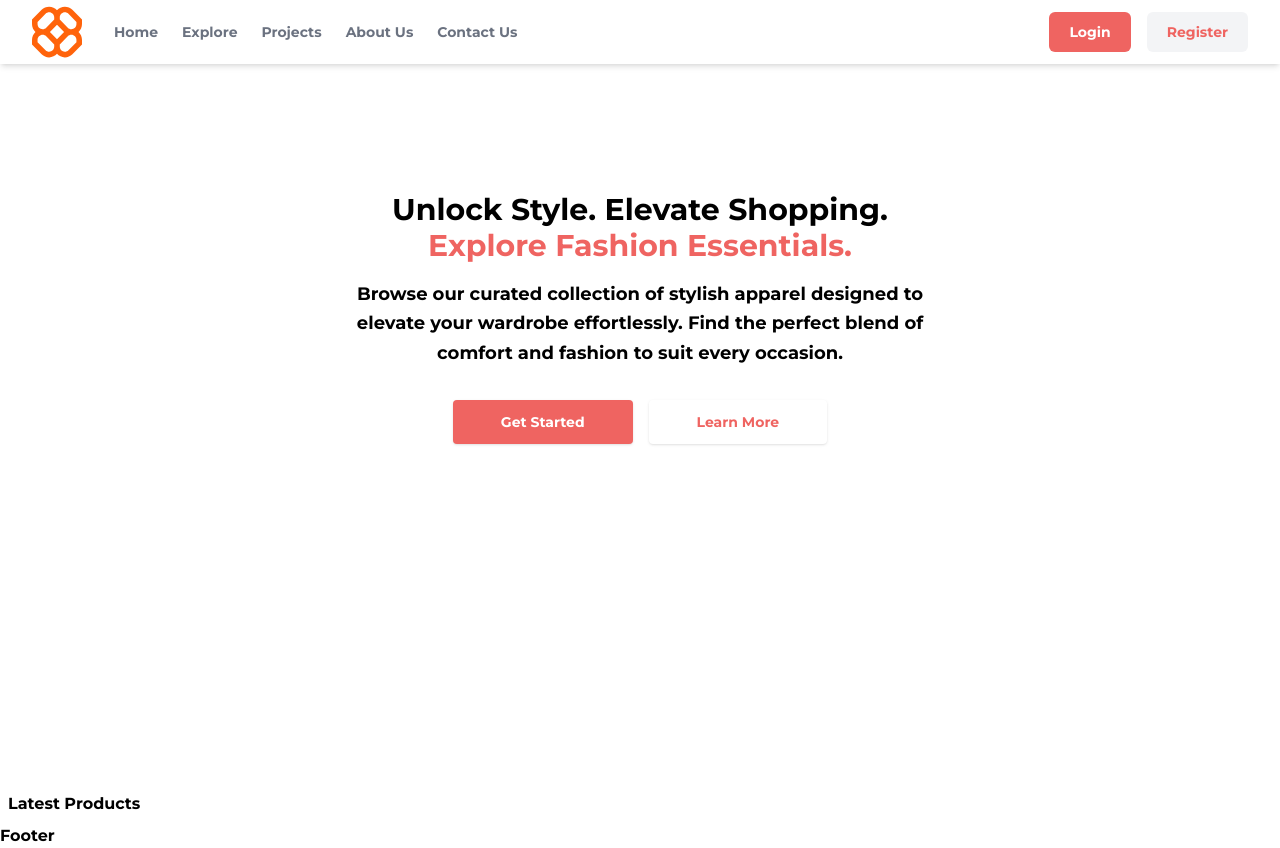
Repository: YahiaSala7/E-commerce-Project
Page: / (app in ecommerce/)
The author's editor kept a copy of each file at every save. The page is drawn from the files as they stood at one save, then again after the next save.
The browser window is 1280 px wide. The pictures show the whole page.
The page's requests for data from a server got no answer. The project was rebuilt for these pictures with package versions that can differ from the ones it lists, and the page was loaded fresh each time. The framework's server and built-in components were replaced by stand-ins that run in the browser. No one was signed in, and anything a server would have sent is missing. Also part of the build but not shown: ecommerce/next.config.mjs, ecommerce/app/_Components/ProductItem.jsx.

Above is the page before, as saved 2024-07-25 23:04:49.

After the next save:
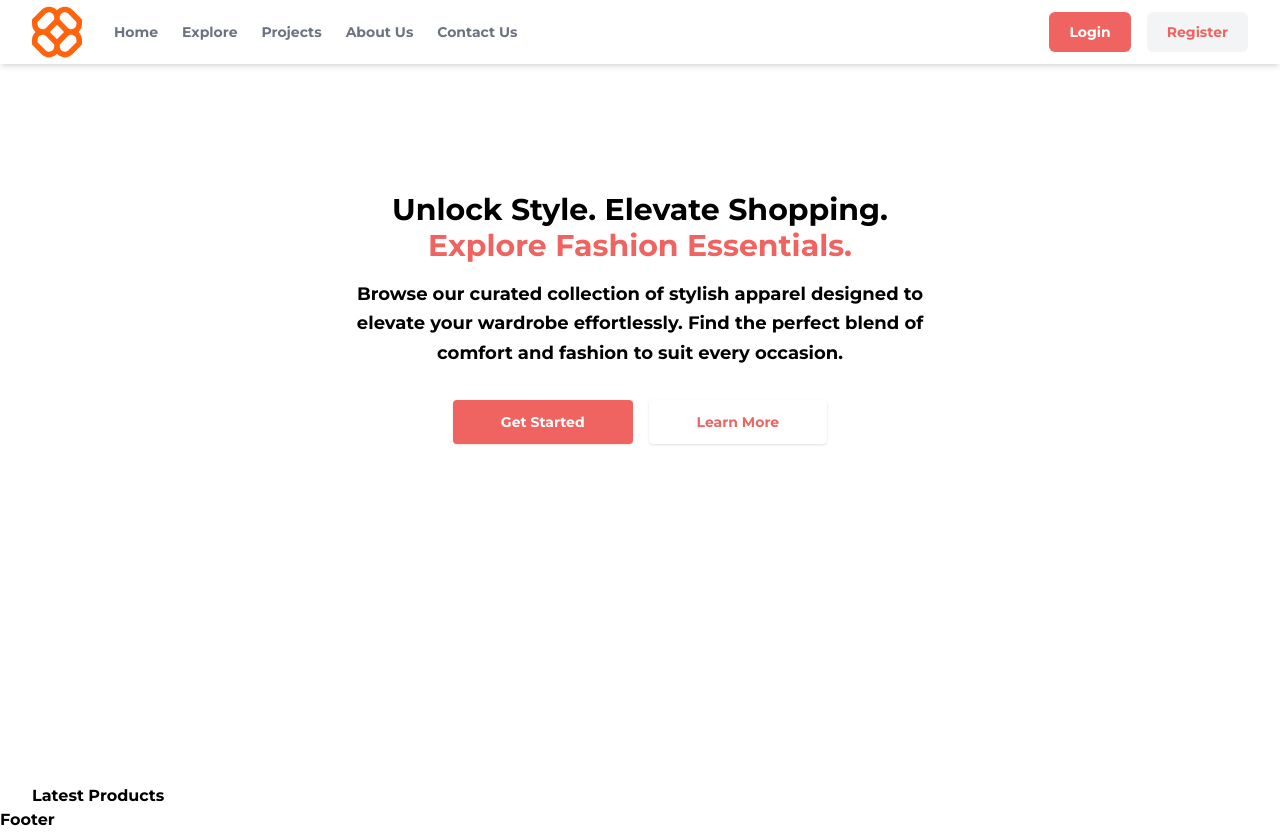
Saved 21 s later.
--- a/ecommerce/app/_Components/ProductsSection.jsx
+++ b/ecommerce/app/_Components/ProductsSection.jsx
@@ -4,7 +4,7 @@ import LatestProducts from "./LatestProducts";
 function ProductsSection() {
   return (
     <>
-      <h2 className="p-2">Latest Products</h2>
+      <h2 className="mx-auto px-4 sm:px-6 lg:px-8">Latest Products</h2>
       <LatestProducts />
     </>
   );
